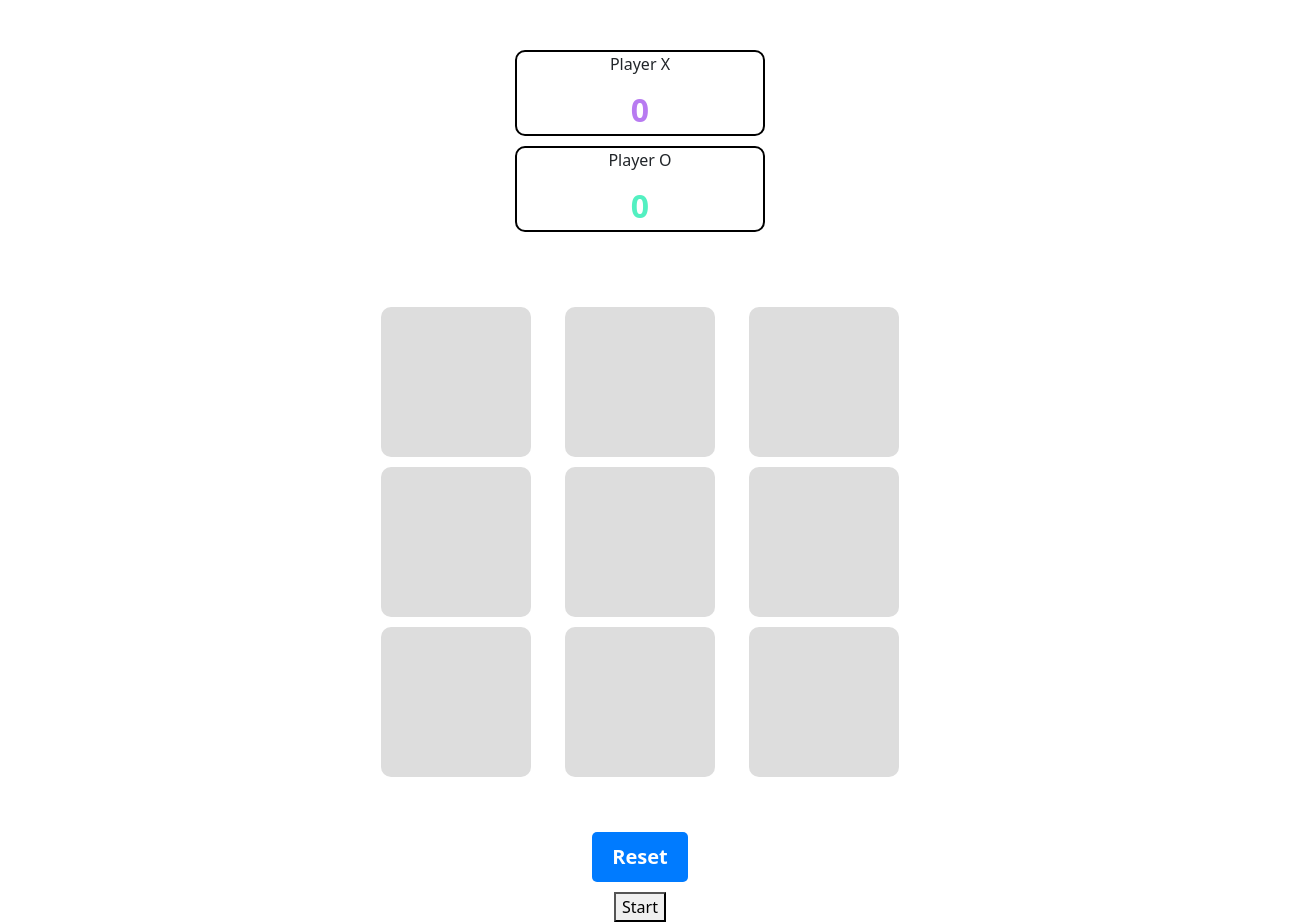
Repository: woodsdeshe/Tic-Tac-Toe
Page: index.html
An editor plug-in stored every save of this project. The page is shown before and after a run of saves, followed by the edit.
The browser window is 1280 px wide. The page is 1280 px wide, then 1292 px, so the pictures cover 1292 px, including what lies to the right of the window. The pictures show the whole page.

Above is the page before, as saved 2023-03-31 21:10:52.

### index.html
<!DOCTYPE html>
<html lang="en">
  <head>
    <meta charset="UTF-8" />
    <meta http-equiv="X-UA-Compatible" content="IE=edge" />
    <meta name="viewport" content="width=device-width, initial-scale=1.0" />
    <title>Tic Tac Toe | DeShe Woods</title>
    <link rel="stylesheet" href="styles.css" />
    <link
      href="https://cdn.jsdelivr.net/npm/bootstrap@5.3.0-alpha2/dist/css/bootstrap.min.css"
      rel="stylesheet"
      integrity="sha384-aFq/bzH65dt+w6FI2ooMVUpc+21e0SRygnTpmBvdBgSdnuTN7QbdgL+OapgHtvPp"
      crossorigin="anonymous"
    />
  </head>
  <body>
    <div class="container">
      <div class="row">
        <div class="col-12 scoreboard scoreboard-left">
          <div>Player X</div>
          <div class="score-x">0</div>
        </div>
        <div class="col-12 scoreboard scoreboard-right">
          <div>Player O</div>
          <div class="score-o">0</div>
        </div>
      </div>
      <div class="message"></div>
      <div class="container game-board">
        <div class="row">
          <div class="col-4">
            <div class="tile square-1"></div>
          </div>
          <div class="col-4">
            <div class="tile square-2"></div>
          </div>
          <div class="col-4">
            <div class="tile square-3"></div>
          </div>
        </div>
        <div class="row">
          <div class="col-4">
            <div class="tile square-4"></div>
          </div>
          <div class="col-4">
            <div class="tile square-5"></div>
          </div>
          <div class="col-4">
            <div class="tile square-6"></div>
          </div>
        </div>
        <div class="row">
          <div class="col-4">
            <div class="tile square-7"></div>
          </div>
          <div class="col-4">
            <div class="tile square-8"></div>
          </div>
          <div class="col-4">
            <div class="tile square-9"></div>
          </div>
        </div>
      </div>
      </div>
      <div class="row">

      </div>
      <div class="reset">
        <button class="reset-btn">Reset</button>
      </div>
      <div class="start">
        <button class="startBtn">Start</button>
      </div>
    </div>
    <script
      src="https://cdn.jsdelivr.net/npm/bootstrap@5.3.0-alpha2/dist/js/bootstrap.bundle.min.js"
      integrity="sha384-qKXV1j0HvMUeCBQ+QVp7JcfGl760yU08IQ+GpUo5hlbpg51QRiuqHAJz8+BrxE/N"
      crossorigin="anonymous"
    ></script>
    <script src="script.js"></script>
  </body>
</html>

### styles.css
.container {
  display: flex;
  flex-direction: column;
  align-items: center;
  margin-top: 50px;
}

.scoreboard {
  display: flex;
  flex-direction: column;
  align-items: center;
  border: 2px solid black;
  border-radius: 10px;
  width: 200px;
}

.scoreboard-left {
  margin-right: 70px;
  margin-bottom: 10px;
}

.scoreboard-right {
  margin: 0;
}

.score-x {
  font-size: 48px;
  color: rgb(184, 123, 241);
}

.score-o {
  font-size: 48px;
  color: rgb(83, 240, 193);
}

.score-x,
.score-o {
  font-size: 2em;
  font-weight: bold;
  margin-top: 10px;
}

.message {
  font-size: 2em;
  margin-bottom: 20px;
}

.game-board {
  display: flex;
  justify-content: center;
}

.tile {
  width: 150px;
  height: 150px;
  background-color: #ddd;
  margin: 5px;
  border-radius: 10px;
  display: flex;
  justify-content: center;
  align-items: center;
  font-size: 50px;
  font-weight: bold;
  cursor: pointer;
}

.reset {
  text-align: center;
  margin-top: 50px;
}

.reset-btn {
  font-size: 20px;
  font-weight: bold;
  padding: 10px 20px;
  background-color: #007bff;
  color: white;
  border-radius: 5px;
  border: none;
  cursor: pointer;
}

.start {
    text-align: center;
    margin-top: 10px;
}

.x-symbol {
    color: rgb(184, 123, 241);
}

.o-symbol {
    color: rgb(83, 240, 193);
}

@media (max-width: 767px) {
  .scoreboard {
    margin-bottom: 20px;
  }
}

### script.js
// Variables that access the squares, reset button, scoreboards , and messaging for the game that will stay constant
const gameBoard = document.querySelector(".game-board");
const resetBtn = document.querySelector(".reset-btn");
const scoreboardX = document.querySelector(".score-x");
const scoreboardO = document.querySelector(".score-o");
const message = document.querySelector(".message");
const tile = document.querySelectorAll(".tile");

// Variables that access the current player, game over, X and O scores that will change based on conditions of the game
let currentPlayer = "X";
let gameOver = false;
let xScore = 0;
let oScore = 0;

// This event listener will check to see if the tiles are empty and will fill them with the symbol of the current player

gameBoard.addEventListener("click", (event) => {
  event.preventDefault();

  //This if statement checks to see if the game is over before allowing the players to continue playing. If gameOver is true, then the board becomes unclickable
  if (gameOver) {
    return;
  }

  // This variable will hold the square that gets clicked using the .target property
  const square = event.target;

  // Checks to see if the square contains a class of tile and the square is empty. If it's empty then the square will contain a symbol and alternate the symbol according to the current player
  if (square.classList.contains("tile") && square.textContent === "") {
    // This if statement adds or removes the appropriate symbol class based on the current player so that the colors of the symbols will be different
    if (currentPlayer === "X") {
      square.classList.add("x-symbol");
      square.classList.remove("o-symbol");
    } else {
      square.classList.add("o-symbol");
      square.classList.remove("x-symbol");
    }

    square.textContent = currentPlayer;

    //Updates the message variable to show who's turn it is on the screen
    message.textContent = `It's ${currentPlayer} turn`;

    currentPlayer = currentPlayer === "X" ? "O" : "X";
  }

  //Calls the checkForWinner function after each turn to see if a player has won
  checkForWinner();
});

// Check to see if the tiles contain a winning play of a specific player
function currentPlay(plays, player) {
  // The .every method checks through every tile within the player array that checks to see if they contain the current players symbol with a boolean "true" or "false"
  return plays.every((tile) => {
    tileElement = document.querySelector(`.square-${tile}`);
    return tileElement.textContent === player;
  });
}

// This function will check to see which player has the winning set after each move
function checkForWinner() {
  // Nested arrays that show all the winning plays that are needed to win
  const winningPlays = [
    [1, 2, 3],
    [4, 5, 6],
    [7, 8, 9],
    [1, 4, 7],
    [2, 5, 8],
    [3, 6, 9],
    [1, 5, 9],
    [3, 5, 7],
  ];

  // Loops through each array within "winingPlays" and stores the values in the variable "plays"
  for (let i = 0; i < winningPlays.length; i++) {
    const plays = winningPlays[i];

    // Create if/else conditions that will check to see if the current player has a winning play thats in 'winningPlays', if no one wins, it calls the "itsATie" function to alert the players that the game is over and prevents the players from continuing to play using th endGame function"
    if (currentPlay(plays, "X")) {
      xScore++;
      scoreboardX.textContent = xScore;
      message.textContent = "Player X Wins!";
      gameOver = true;
      endGame();
    } else if (currentPlay(plays, "O")) {
      oScore++;
      scoreboardO.textContent = oScore;
      message.textContent = "Player O Wins!";
      gameOver = true;
      endGame();
    } else if (itsATie()) {
      message.textContent = "Game over! It's a tie!!!";
      gameOver = true;
      endGame();
    }
  }

  // This function iterates through all the tiles on the board and checks to see if the board is full. If there isn't any empty tiles left, it returns true.
  function itsATie() {
    for (let i = 0; i < tile.length; i++) {
      if (tile[i].textContent === "") {
        return false;
      }
    }
    return true;
  }

  // This function iterates through all the tiles in the game and removes the gameBoard listener so that the board is no longer clickable when the game is over
  function endGame() {
    for (let i = 0; i < tile.length; i++) {
      tile[i].removeEventListener("click", handleClick);
    }
  }
}

//This function resets the game
function resetGame() {
  currentPlayer = "X";
  gameOver = false;
  message.textContent = `It's ${currentPlayer} turn`;
  scoreboardX.textContent = "0";
  scoreboardO.textContent = "0";
  xScore = 0;
  oScore = 0;

  // Clears the board by setting the text content of all tiles to an empty string
  tile.forEach((tile) => {
    tile.textContent = "";
  });

  // Add back the event listener to each tile so that they are clickable again
  tile.forEach((tile) => {
    tile.addEventListener("click", handleTileClick);
  });
}

resetBtn.addEventListener("click", () => {
  resetGame();
});

After the next 3 saves:
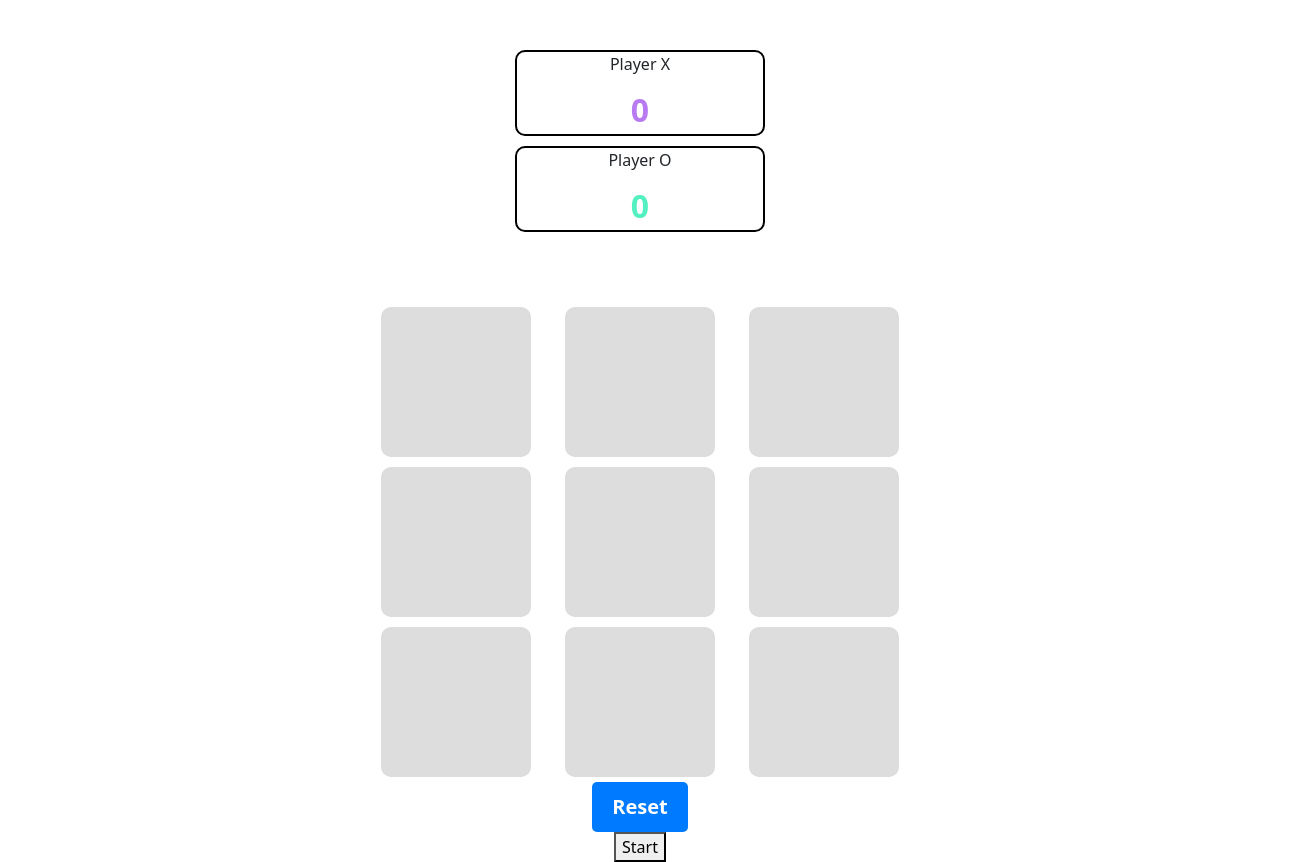
The 3 saves are shown as one change because they came seconds apart.
The last was saved 14 s later.
--- a/index.html
+++ b/index.html
@@ -63,13 +63,12 @@
       </div>
       </div>
       <div class="row">
-
-      </div>
-      <div class="reset">
-        <button class="reset-btn">Reset</button>
-      </div>
-      <div class="start">
-        <button class="startBtn">Start</button>
+        <div class="reset">
+          <button class="reset-btn">Reset</button>
+        </div>
+        <div class="start">
+          <button class="startBtn">Start</button>
+        </div>
       </div>
     </div>
     <script
